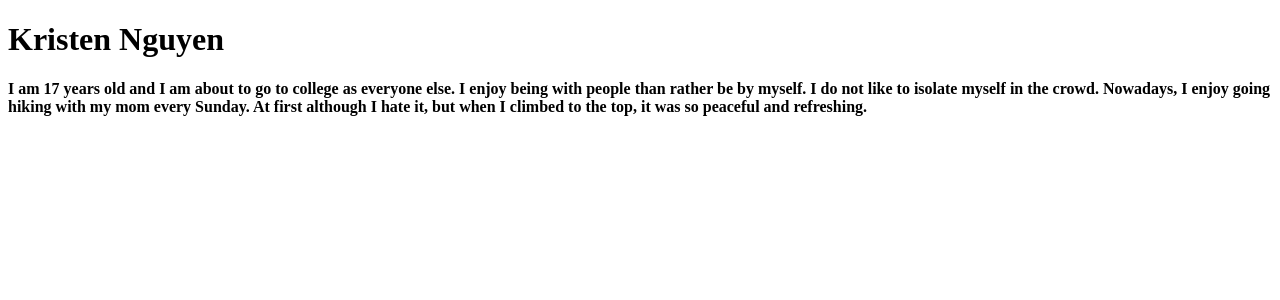
Repository: GiangNguyen2805/GiangNguyen2805.github.io
Page: aboutme.html
The author's editor kept a record of every edit. The page is drawn from the files as they stood at one moment, then again after the next edit.
The browser window is 1280 px wide. The pictures show the whole page.

Above is the page before.

After the next edit:
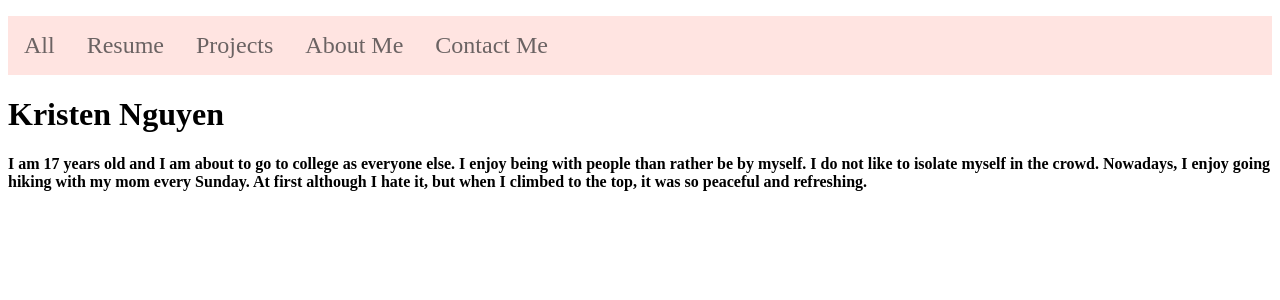
The edit:
--- a/aboutme.html
+++ b/aboutme.html
@@ -6,7 +6,21 @@
 
 </head>
 <body>
+<ul class="navbar">
+<li ><a href="/index.html">All</a></li>
+<li ><a href="resume.html">Resume</a></li>
+<li class="dropdown">
+    <div>Projects</div>
+    <ul class="dropdown-content">
+        <li><a href="a">Project 1</a></li>
+        <li><a href="a">Project 2</a></li>
+        <li><a href="a">Project 3</a></li>
 
+    </ul>
+    <li><a href="aboutme.html">About Me</a></li>
+
+<li><a href="contact me.html">Contact Me</a></li>
+</ul>
 
 
     <h1>Kristen Nguyen</h1>
@@ -14,6 +28,6 @@
     <h4> I am 17 years old and I am about to go to college as everyone else. I enjoy being with people than rather be by myself. I do not like to isolate myself in the crowd. Nowadays, I enjoy going hiking with my mom every Sunday. At first although I hate it, but when I climbed to the top, it was so peaceful and refreshing.</h4>
 
 
-</li>
+
 </body>
 </html>
